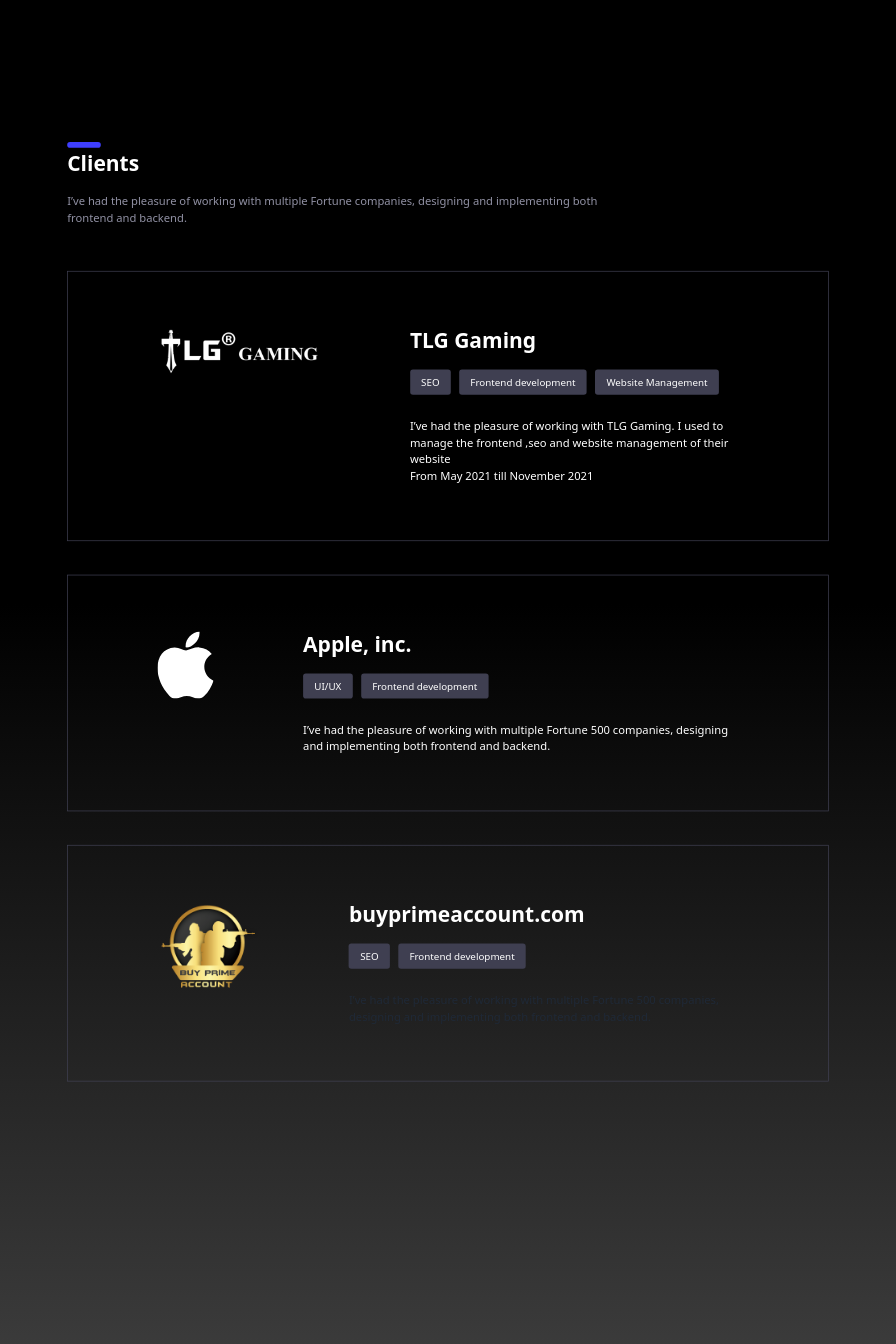
Repository: Alex0715/portfolio
Page: /components/client
An editor plug-in stored every save of this project. The page is shown before and after the next save, followed by the edit.
The browser window is 1280 px wide. The pictures show the part of the page from y = 0 to 1920 px (the page is 5756 px tall), at 70% of full size.
The project was rebuilt for these pictures with package versions that can differ from the ones it lists, and the page was loaded fresh each time. The framework's server and built-in components were replaced by stand-ins that run in the browser. Also part of the build but not shown: next.config.js.

Above is the page before, as saved 2022-02-04 13:05:44.

After the next save:
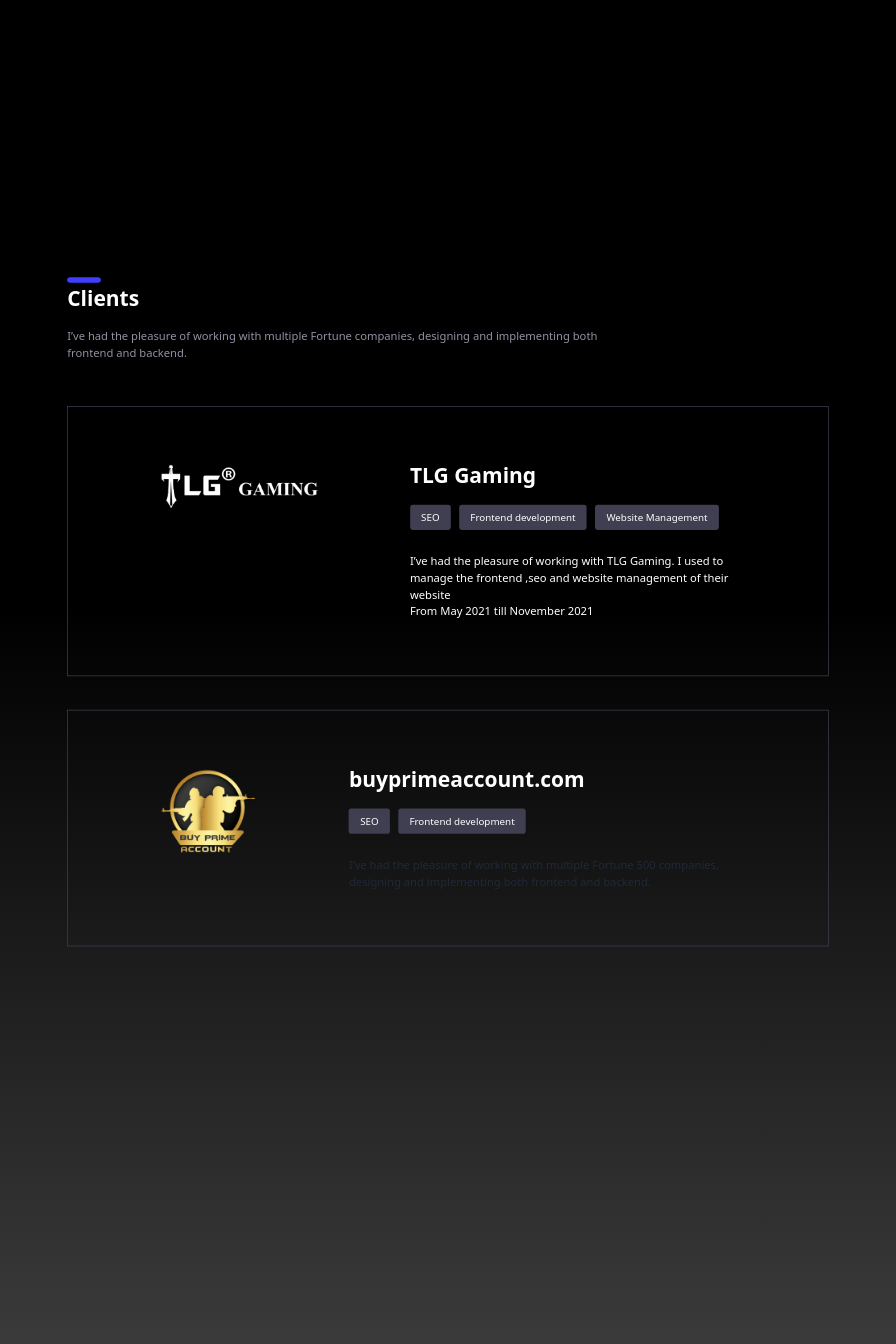
Saved 107 s later.
--- a/pages/components/client.js
+++ b/pages/components/client.js
@@ -29,26 +29,7 @@
               </div>
 
           </div>
-          <div className="w-full border border-nav p-16 lg:px-32 lg:py-20 lg:space-x-32 flex justify-center lg:justify-start flex-wrap lg:flex-nowrap">
 
-
-              <div className="mb-6 lg:mb-0">
-                  <svg width="80" height="96" viewBox="0 0 80 96" fill="none" xmlns="http://www.w3.org/2000/svg"><path d="M66.6983 92.1599C61.5487 97.2095 55.867 96.4223 50.4513 94.0415C44.6936 91.6127 39.4299 91.4591 33.3492 94.0415C25.7767 97.3439 21.7577 96.3839 17.1972 92.1599C-8.55106 65.3759 -4.75058 24.5759 24.5131 23.0399C31.6105 23.4239 36.5796 27.0047 40.7601 27.3023C46.9739 26.0255 52.9216 22.3679 59.5724 22.8479C67.5629 23.5007 73.5392 26.6879 77.5297 32.4191C61.0926 42.4031 64.9881 64.2911 80.0855 70.4351C77.0641 78.4511 73.1876 86.3711 66.6888 92.2271L66.6983 92.1599ZM40.19 22.7519C39.4204 10.8479 48.9691 1.05595 59.9525 0.0959473C61.4632 13.8239 47.6009 24.0959 40.19 22.7519Z" fill="white"/></svg>
-              </div>
-
-
-              <div className="flex flex-wrap justify-center text-center lg:text-left lg:block">
-                  <h3 className="text-white text-3xl font-semibold">Apple, inc.</h3>
-
-                  <div className="w-full lg:w-auto flex flex-wrap justify-center lg:justify-start gap-3 mt-6 mb-8">
-                      <div className="badge text-white">UI/UX</div>
-                      <div className="badge text-white">Frontend development</div>
-                  </div>
-
-                  <p className="text-white">I’ve had the pleasure of working with multiple Fortune 500 companies, designing and implementing both frontend and backend.</p>
-              </div>
-
-          </div>
           <div className="w-full border border-nav p-16 lg:px-32 lg:py-20 lg:space-x-32 flex justify-center lg:justify-start flex-wrap lg:flex-nowrap">
 
 
